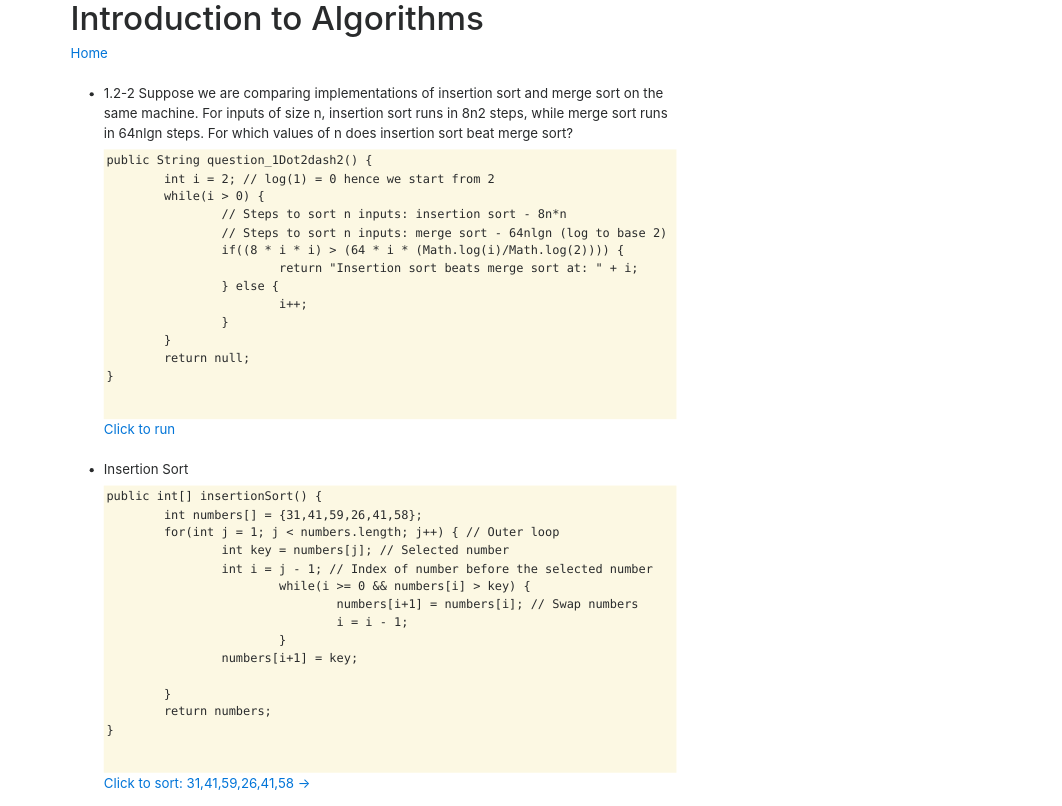
Repository: baltejas/algorithms
Page: http://localhost/algorithms/WEB-INF/views/index.jsp
The author's editor kept a copy of each file at every save. The page is drawn from the files as they stood at one save, then again after the next save.
The browser window is 1280 px wide. The pictures show the whole page, at 83% of full size.
The page is served by Tomcat 9. Nobody is signed in. Other server files are loaded and not shown. The template is opened directly, without the code that normally fills it, so the values that code supplies are empty.

Above is the page before, as saved 2017-05-07 01:08:42.

### algorithms/src/main/webapp/WEB-INF/views/index.jsp
<html>
	<head>
		<link rel="stylesheet" href="resources/css/bootstrap.css">
	</head>
	<body>
		<div class="container">
		<h1>Introduction to Algorithms</h1>
		<a href="/algorithms/list">Home</a>
			<div class="mt-4 row">
				<div class="col-md-8">
					<ul>
						<li>1.2-2 Suppose we are comparing implementations of insertion sort and merge sort on the same machine.
							For inputs of size n, insertion sort runs in 8n2 steps, while merge sort runs in 64nlgn steps.
							For which values of n does insertion sort beat merge sort?
								<div class="mt-2 mark"><pre>
public String question_1Dot2dash2() {
	int i = 2; // log(1) = 0 hence we start from 2
	while(i > 0) {
		// Steps to sort n inputs: insertion sort - 8n*n
		// Steps to sort n inputs: merge sort - 64nlgn (log to base 2)
		if((8 * i * i) > (64 * i * (Math.log(i)/Math.log(2)))) {
			return "Insertion sort beats merge sort at: " + i;
		} else {
			i++;
		}
	}
	return null;
}
								</pre></div>
						<a href="/algorithms/question_1Dot2dash2">Click to run</a>
						<label>${answer}</label>
						</li>

						<li class="mt-4">Insertion Sort
								<div class="mt-2 mark"><pre>
public int[] insertionSort() {
	int numbers[] = {31,41,59,26,41,58};
	for(int j = 1; j < numbers.length; j++) { // Outer loop
		int key = numbers[j]; // Selected number
		int i = j - 1; // Index of number before the selected number
			while(i >= 0 && numbers[i] > key) {
				numbers[i+1] = numbers[i]; // Swap numbers
				i = i - 1;
			}
		numbers[i+1] = key;

	}
	return numbers;
}
								</pre></div>
						<a href="/algorithms/insertionSort">Click to sort: 31,41,59,26,41,58  -> </a>
						<label>${sorted}</label>
						</li>

					</ul>
				</div>
			</div>
		</div>
	</body>
</html>

Loaded but not shown: algorithms/src/main/webapp/resources/css/bootstrap.css (library)

After the next save:
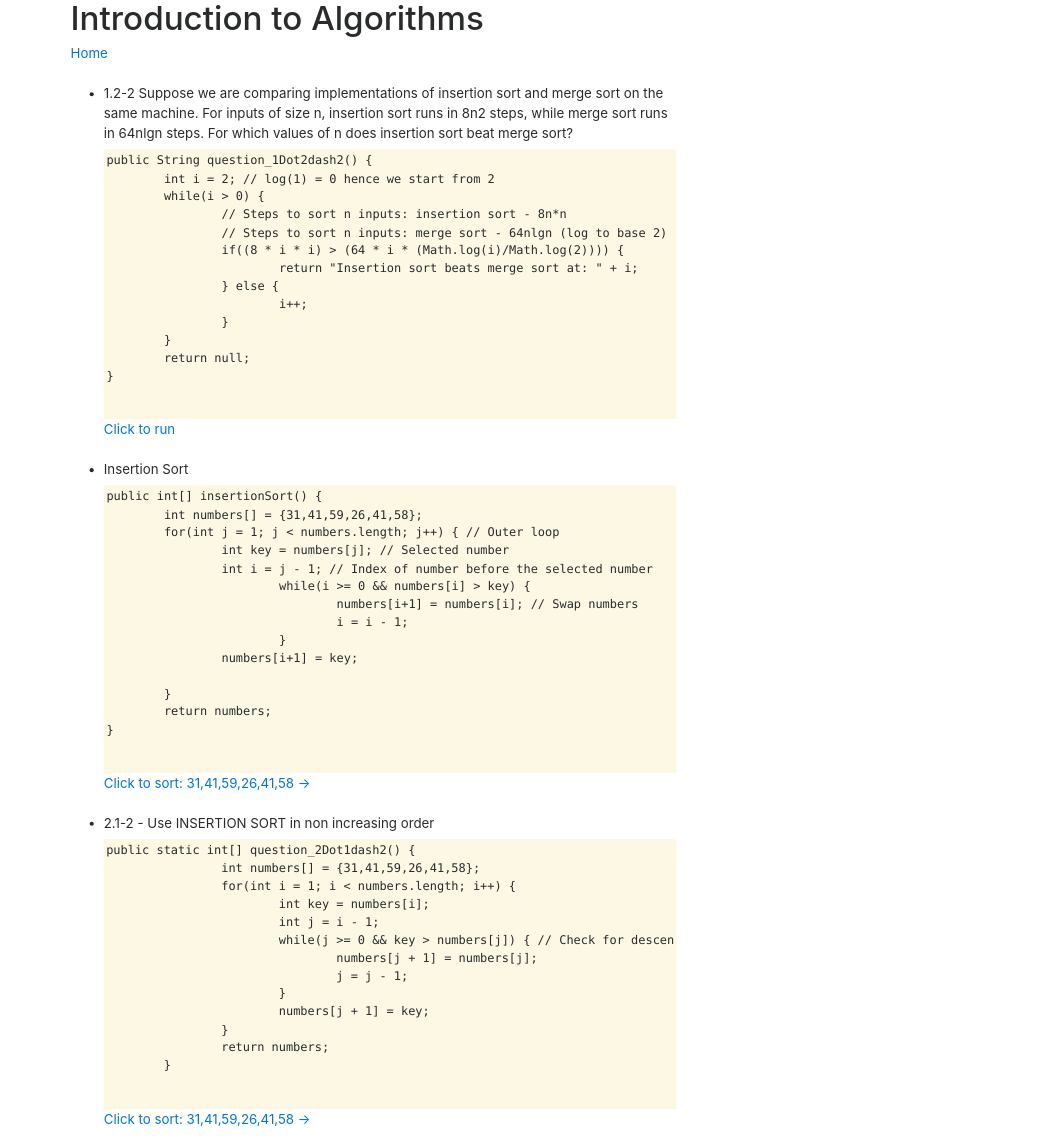
Saved 98 s later.
--- a/algorithms/src/main/webapp/WEB-INF/views/index.jsp
+++ b/algorithms/src/main/webapp/WEB-INF/views/index.jsp
@@ -52,6 +52,26 @@ public int[] insertionSort() {
 						<label>${sorted}</label>
 						</li>
 
+						<li class="mt-4">2.1-2 - Use INSERTION SORT in non increasing order
+								<div class="mt-2 mark"><pre>
+public static int[] question_2Dot1dash2() {
+		int numbers[] = {31,41,59,26,41,58};
+		for(int i = 1; i < numbers.length; i++) {
+			int key = numbers[i];
+			int j = i - 1;
+			while(j >= 0 && key > numbers[j]) { // Check for descending
+				numbers[j + 1] = numbers[j];
+				j = j - 1;
+			}
+			numbers[j + 1] = key;
+		}
+		return numbers;
+	}
+								</pre></div>
+						<a href="/algorithms/insertionSort">Click to sort: 31,41,59,26,41,58  -> </a>
+						<label>${sorted}</label>
+						</li>
+
 					</ul>
 				</div>
 			</div>
